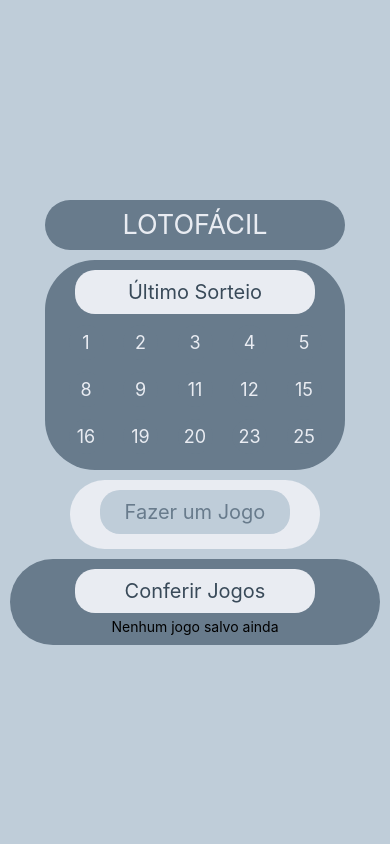
Repository: Deyvid-Kasteh/LotofacilApp
Screen: /
An editor plug-in stored every save of this project. The screen is shown before and after the next save, followed by the edit.
The app was drawn by React Native's web renderer in a window 390 px wide. The project was rebuilt for these pictures with package versions that can differ from the ones it lists, and the page was loaded fresh each time. Also part of the build but not shown: Bolhas.js, components/Resultado.js, assets/Cores.js, components/Jogo.js, paginaTESTE.js, paginaTESTE2.js, SeuComponentePai.js, components/ResultadoTexte2.js.

Above is the screen before, as saved 2023-12-02 22:49:40.

### App.js
import { StatusBar } from 'expo-status-bar';
import { Text, View } from 'react-native';
import MainPage from './pages/MainPage';

export default function App() {
  return (
    <MainPage/>
  );
}

### pages/MainPage.js
import { View, Text } from 'react-native'
import React from 'react'
import { StatusBar } from "expo-status-bar";
import Resultado from '../components/Resultado';
import PaginaTesteee from '../paginaTESTE';
import Teste2pagina from '../paginaTESTE2';
import SeuComponentePai from '../SeuComponentePai';
import ResultadoTexte from '../components/ResultadoTexte';
import ResultadoTexte2 from '../components/ResultadoTexte2';
import MostrarJogosSalvos from '../components/MostrarJogosSalvos';
import ResultadoTexteParaFazerCorreções from '../paginaTESTE';


const MainPage = () => {
  return (
    <View
      style={{
        flex: 1,
        alignItems: "center",
        justifyContent: "flex-start",
        backgroundColor: "#BFCDD9",
      }}
    >
      <StatusBar style="auto" />
      {/* <Text>Lotofácil</Text> */}
      {/* <Resultado /> */}
      {/* <PaginaTesteee /> */}
      {/* <Teste2pagina/> */}
      {/* <SeuComponentePai/> */}
      <ResultadoTexte />
      {/* <ResultadoTexte2/> */}
      {/* <MostrarJogosSalvos /> */}
      {/* <ResultadoTexteParaFazerCorreções/> */}
    </View>
  );
}

export default MainPage

### components/ResultadoTexte.js
import { View, Text, TouchableOpacity } from "react-native";
import React, { useState } from "react";
import AsyncStorage from "@react-native-async-storage/async-storage";

import Bubble from "./Bubble";
import latestJson from "../Latest.json";
import Bolhas from "../Bolhas";
import Jogo from "./Jogo";
import MostrarJogosSalvos from "./MostrarJogosSalvos";

// Defina constantes para cores
const backgroundColor1 = "#687B8C";
const backgroundColor2 = "#394A59";
const backgroundColor3 = "#E9ECF2";

const bolhasContainerStyle = {
  flexWrap: "wrap",
  flexDirection: "row",
  alignContent: "center",
  justifyContent: "space-evenly",
};
const ResultadoTexte = () => {
  const [viewHeight, setViewHeight] = useState(50);
  const toggleHeight = () => {
    const newHeight = viewHeight === 50 ? 200 : 50;
    setViewHeight(newHeight);
    console.log("mudou");
  };

  const [alturaView1, setAlturaView1] = useState(200);
  const toggleAltura = () => {
    const novaAltura = alturaView1 === 200 ? 50 : 200;
    setAlturaView1(novaAltura);
  };

  const [alturaView3, setAlturaView3] = useState(200);
  const toggleAlturaView3 = () => {
    const novaAlturaView3 = alturaView3 === 200 ? 50 : 200;
    setAlturaView3(novaAlturaView3);
  };

  const dezenas = latestJson.Dezenas;

  const renderFazerJogo = () => {
    const [chosenNumbers, setChosenNumbers] = useState([]);
    const bolhasSelecionadas = chosenNumbers.length;
    const onSaveJogoPress = async () => {
      if (bolhasSelecionadas === 15) {
        try {
          // Recupera os jogos já salvos (se existirem)
          const jogosSalvosJSON = await AsyncStorage.getItem("meusJogos");
          const jogosSalvos = jogosSalvosJSON
            ? JSON.parse(jogosSalvosJSON)
            : [];

          // Cria um objeto representando o jogo atual
          const jogoAtual = {
            numerosSelecionados: chosenNumbers,
            data: new Date().toLocaleString(),
          };

          // Adiciona o jogo atual à lista de jogos
          jogosSalvos.push(jogoAtual);

          // Salva a lista atualizada de jogos no AsyncStorage
          await AsyncStorage.setItem("meusJogos", JSON.stringify(jogosSalvos));

          console.log("Jogo salvo!");
          // Limpa os números escolhidos após salvar o jogo
          setChosenNumbers([]);
        } catch (error) {
          console.error("Erro ao salvar o jogo:", error);
        }
      } else {
        console.log("Selecione exatamente 15 números para salvar o jogo.");
      }
    };
    const handleBolhaPress = (numero) => {
      if (chosenNumbers.includes(numero)) {
        setChosenNumbers(chosenNumbers.filter((num) => num !== numero));
      } else {
        if (bolhasSelecionadas < 15) {
          setChosenNumbers([...chosenNumbers, numero]);
        }
      }
    };
    const dezenasParaEscolher = Array.from({ length: 25 }, (_, i) => i + 1);

    if (viewHeight === 50) {
      return null;
    } else {
      return (
        <View style={{ justifyContent: "center", alignItems: "center" }}>
          <View style={{}}>
            <Text
              style={{
                color: backgroundColor3,
                fontSize: 16,
              }}
            >
              Escolha 15 números
            </Text>
          </View>
          <View style={bolhasContainerStyle}>
            {dezenasParaEscolher.map((numero, index) => (
              <Bolhas
                key={index}
                numero={numero}
                choose={chosenNumbers.includes(numero)}
                onPress={() => handleBolhaPress(numero)}
              />
            ))}
          </View>
          <View key="números" style={{}}>
            <Text
              style={{
                color: backgroundColor3,
                fontSize: 16,
              }}
            >
              {bolhasSelecionadas} números selecionados
            </Text>
            <TouchableOpacity onPress={onSaveJogoPress}>
              <Text
                style={{
                  color: bolhasSelecionadas === 15 ? "green" : backgroundColor3,
                }}
              >
                SALVAR JOGO
              </Text>
            </TouchableOpacity>
            {/* <TouchableOpacity onPress={onDeleteJogosPress}>
              <Text style={{ color: "red" }}>DELETAR JOGOS</Text>
            </TouchableOpacity> */}
          </View>
        </View>
      );
    }
  };

  const renderConferirJogos = () => {
    const [chosenNumbers, setChosenNumbers] = useState([]);
    const handleBolhaPress = (numero) => {
      if (chosenNumbers.includes(numero)) {
        setChosenNumbers(chosenNumbers.filter((num) => num !== numero));
      } else {
        // Adicione a lógica para permitir no máximo 15 bolhas selecionadas
        if (chosenNumbers.length < 15) {
          setChosenNumbers([...chosenNumbers, numero]);
        }
      }
    };
    const dezenasParaEscolher = Array.from({ length: 25 }, (_, i) => i + 1);
    if (alturaView3 === 50) {
      return null; // Retorna null se a altura for 50
    } else {
      return (
        <View style={bolhasContainerStyle}>
          <MostrarJogosSalvos />
        </View>
      );
    }
  };

  return (
    <View
      style={{
        flex: 1,
        justifyContent: "center",
        alignItems: "center",
      }}
    >
      <View
        style={{
          width: 300,
          height: 50,
          borderRadius: 50,
          alignItems: "center",
          justifyContent: "center",
          elevation: 2,
          backgroundColor: backgroundColor1,
          marginBottom: 10,
        }}
      >
        <Text
          style={{
            color: backgroundColor3,
            fontSize: 27,
          }}
        >
          LOTOFÁCIL
        </Text>
      </View>

      <View
        key="1"
        style={[
          {
            width: 300,
            padding: 10,
            borderRadius: 50,
            alignItems: "center",
            elevation: 2,
            backgroundColor: backgroundColor1,
            marginBottom: 10,
          },
          alturaView1 === 50
            ? { width: 250, backgroundColor: "#E9ECF2" }
            : { width: 300, backgroundColor: "#687B8C" },
        ]}
      >
        <TouchableOpacity
          style={[
            {
              width: 240,
              backgroundColor: backgroundColor3,
              elevation: 5,
              justifyContent: "center",
              alignItems: "center",
              padding: 10,
              borderRadius: 20,
              marginBottom: 5,
            },
            alturaView1 === 50
              ? { width: 190, backgroundColor: "#BFCDD9" }
              : { width: 240, backgroundColor: "#E9ECF2" },
          ]}
          onPress={() => toggleAltura()}
        >
          <Text
            style={{
              fontSize: 20,
              color: alturaView1 === 50 ? backgroundColor1 : backgroundColor2,
            }}
          >
            Último Sorteio
          </Text>
        </TouchableOpacity>

        {alturaView1 === 200 && (
          <View style={bolhasContainerStyle}>
            {dezenas.map((numero, index) => (
              <Bubble key={index} numero={numero} />
            ))}
          </View>
        )}
      </View>

      <View
        key="2"
        style={[
          {
            width: 300,
            padding: 10,
            borderRadius: 50,
            alignItems: "center",
            elevation: 2,
            marginBottom: 10,
          },
          viewHeight === 50
            ? { width: 250, backgroundColor: "#E9ECF2" }
            : { width: 300, backgroundColor: "#687B8C" },
        ]}
      >
        <TouchableOpacity
          style={[
            {
              width: 240,
              elevation: 5,
              justifyContent: "center",
              alignItems: "center",
              padding: 10,
              borderRadius: 20,
              marginBottom: 5,
            },
            viewHeight === 50
              ? { width: 190, backgroundColor: "#BFCDD9" }
              : { width: 240, backgroundColor: "#E9ECF2" },
          ]}
          onPress={() => toggleHeight()}
        >
          <Text
            style={{
              fontSize: 20,
              color: viewHeight === 50 ? backgroundColor1 : backgroundColor2,
            }}
          >
            Fazer um Jogo
          </Text>
        </TouchableOpacity>
        {renderFazerJogo()}
      </View>
      <View
        key="3"
        style={[
          {
            width: 300,
            padding: 10,
            borderRadius: 50,
            alignItems: "center",
            elevation: 2,
          },
          alturaView3 === 50
            ? { width: 250, backgroundColor: "#E9ECF2" }
            : { width: 370, backgroundColor: "#687B8C" },
        ]}
      >
        <TouchableOpacity
          style={[
            {
              width: 240,
              elevation: 5,
              justifyContent: "center",
              alignItems: "center",
              padding: 10,
              borderRadius: 20,
              marginBottom: 5,
            },
            alturaView3 === 50
              ? { width: 190, backgroundColor: "#BFCDD9" }
              : { width: 240, backgroundColor: "#E9ECF2" },
          ]}
          onPress={() => toggleAlturaView3()}
        >
          <Text
            style={{
              fontSize: 20,
              color: alturaView3 === 50 ? backgroundColor1 : backgroundColor2,
            }}
          >
            Conferir Jogos
          </Text>
        </TouchableOpacity>
        {renderConferirJogos()}
        {/* <MostrarJogosSalvos/> */}
      </View>
    </View>
  );
};

export default ResultadoTexte;

### components/MostrarJogosSalvos.js
import React, { useState, useEffect } from "react";
import { View, Text, TouchableOpacity } from "react-native";
import AsyncStorage from "@react-native-async-storage/async-storage";
import Jogo from "./Jogo";

const MostrarJogosSalvos = () => {
  const [jogosSalvos, setJogosSalvos] = useState([]);

  // Adicione a função saveJogos
  const saveJogos = async (jogos) => {
    try {
      await AsyncStorage.setItem("meusJogos", JSON.stringify(jogos));
    } catch (error) {
      console.error("Erro ao salvar jogos:", error);
    }
  };

  const handleDelete = async (index) => {
    try {
      const jogosAtualizados = [...jogosSalvos];
      jogosAtualizados.splice(index, 1);

      await saveJogos(jogosAtualizados);

      setJogosSalvos(jogosAtualizados);
    } catch (error) {
      console.error("Erro ao deletar jogo:", error);
    }
  };

  useEffect(() => {
    const carregarJogosSalvos = async () => {
      try {
        const jogosSalvosJSON = await AsyncStorage.getItem("meusJogos");
        const jogosSalvos = jogosSalvosJSON ? JSON.parse(jogosSalvosJSON) : [];
        setJogosSalvos(jogosSalvos);
      } catch (error) {
        console.error("Erro ao carregar jogos salvos:", error);
      }
    };

    carregarJogosSalvos();
  }, []);

  return (
    <View>
      {jogosSalvos.length === 0 ? (
        <Text>Nenhum jogo salvo ainda</Text>
      ) : (
        jogosSalvos.map((jogo, index) => (
          <Jogo
            key={index}
            numerosSelecionados={jogo.numerosSelecionados}
            onDelete={() => handleDelete(index)}
          />
        ))
      )}
    </View>
  );
};

export default MostrarJogosSalvos;

### components/Bubble.js
import { View, Text } from "react-native";
import React from "react";

const Bubble = (props) => {
  if (props.choose) {console.log(props.choose)}
  return (
    <View
      style={[
        {
          width: 35,
          height: 35,
          // backgroundColor: "#394A59",
          // backgroundColor: "#687B8C",

          borderRadius: 50,
          alignContent: "center",
          justifyContent: "center",
          alignItems: "center",
          margin: 6,
          // elevation: 5,
          opacity: 1,
        },
        props.choose
          ? { backgroundColor: "#394A59" }
          : { backgroundColor: "#687B8C" },
      ]}
    >
      <Text
        style={{
          color: "#E9ECF2",
          fontSize: 18,
        }}
      >
        {props.numero}
      </Text>
    </View>
  );
};

export default Bubble;

### Latest.json
{
  "concurso": 2960,
  "Data Sorteio": "22/11/2023",
  "Dezenas": [
    1,
    2,
    3,
    4,
    5,
    8,
    9,
    11,
    12,
    15,
    16,
    19,
    20,
    23,
    25
  ],
  "Ganhadores 15 acertos": 3,
  "Cidade / UF": "BRASILIA/DF; JARAGUA/GO; IPATINGA/MG",
  "Premio 15 Acertos": "R$1.639.439,24",
  "Ganhadores 14 Acertos": 433,
  "Premio 14 Acertos": "R$1.732,84",
  "Ganhadores 13 Acertos": 13831,
  "Premio 13 Acertos": "R$30,00",
  "Ganhadores 12 Acertos": 163567,
  "Premio 12 Acertos": "R$12,00",
  "Ganhadores 11 Acertos": 882304,
  "Premio 11 Acertos": "R$6,00"
}

After the next save:
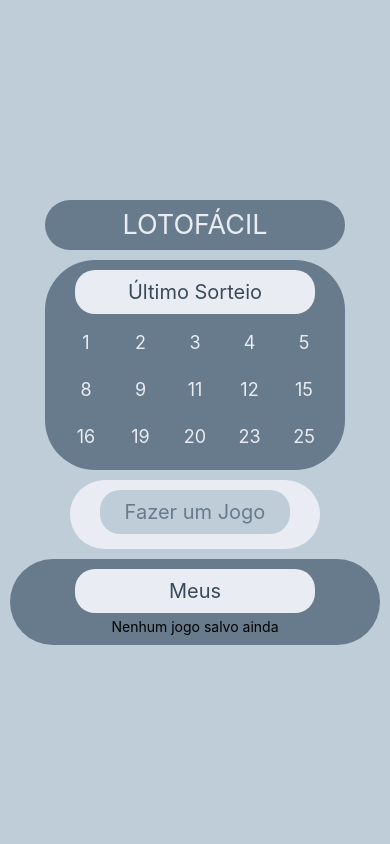
Saved 56 s later.
--- a/components/ResultadoTexte.js
+++ b/components/ResultadoTexte.js
@@ -328,7 +328,7 @@
               color: alturaView3 === 50 ? backgroundColor1 : backgroundColor2,
             }}
           >
-            Conferir Jogos
+            Meus
           </Text>
         </TouchableOpacity>
         {renderConferirJogos()}
